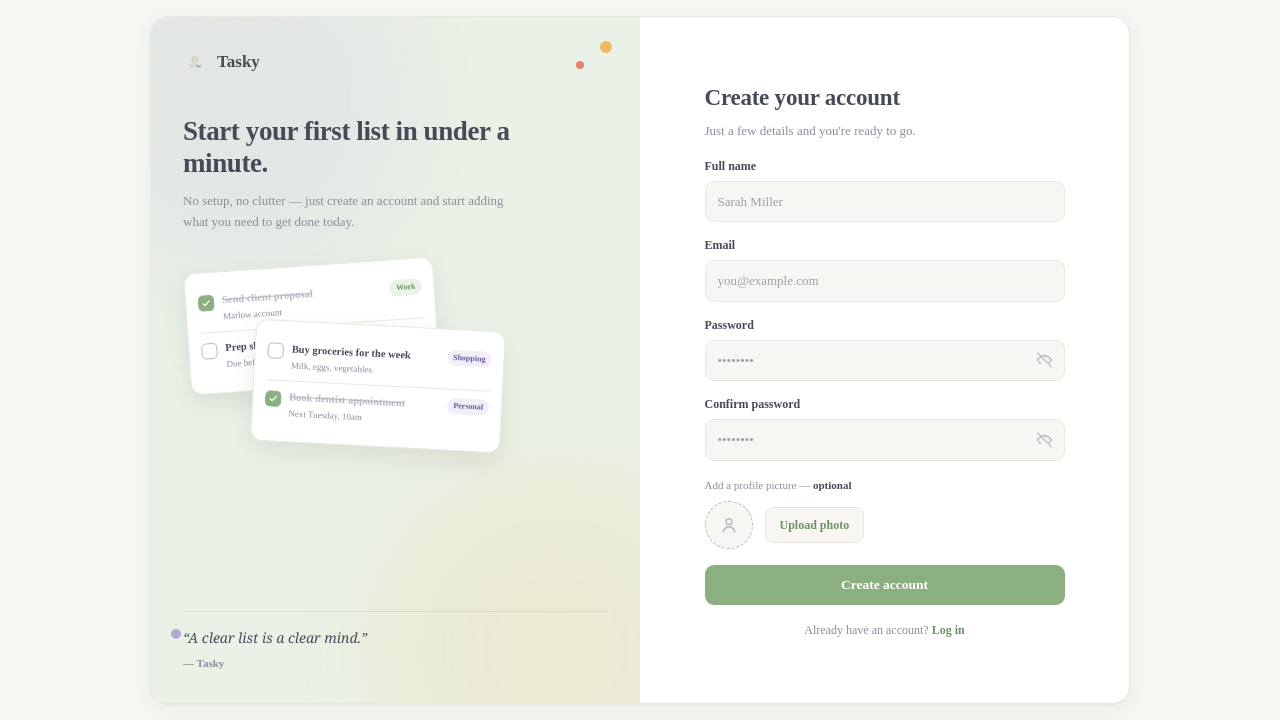
Repository: Anfel-bth/Tasky_
Page: /register (app in task-manager-frontend/)
These files come from the project's save history. The page is drawn as it stood at one moment and after a run of saves; the edit follows.
The browser window is 1280 px wide. The pictures show the whole page.
The project was rebuilt for these pictures with package versions that can differ from the ones it lists, and the page was loaded fresh each time. Also part of the build but not shown: task-manager-frontend/vite.config.js, task-manager-frontend/src/Components/login.jsx, task-manager-frontend/src/Components/Landing.jsx, task-manager-frontend/src/Components/dashboard.jsx.

Above is the page before, as saved 2026-09-02 12:08:42.

After the next 2 saves:
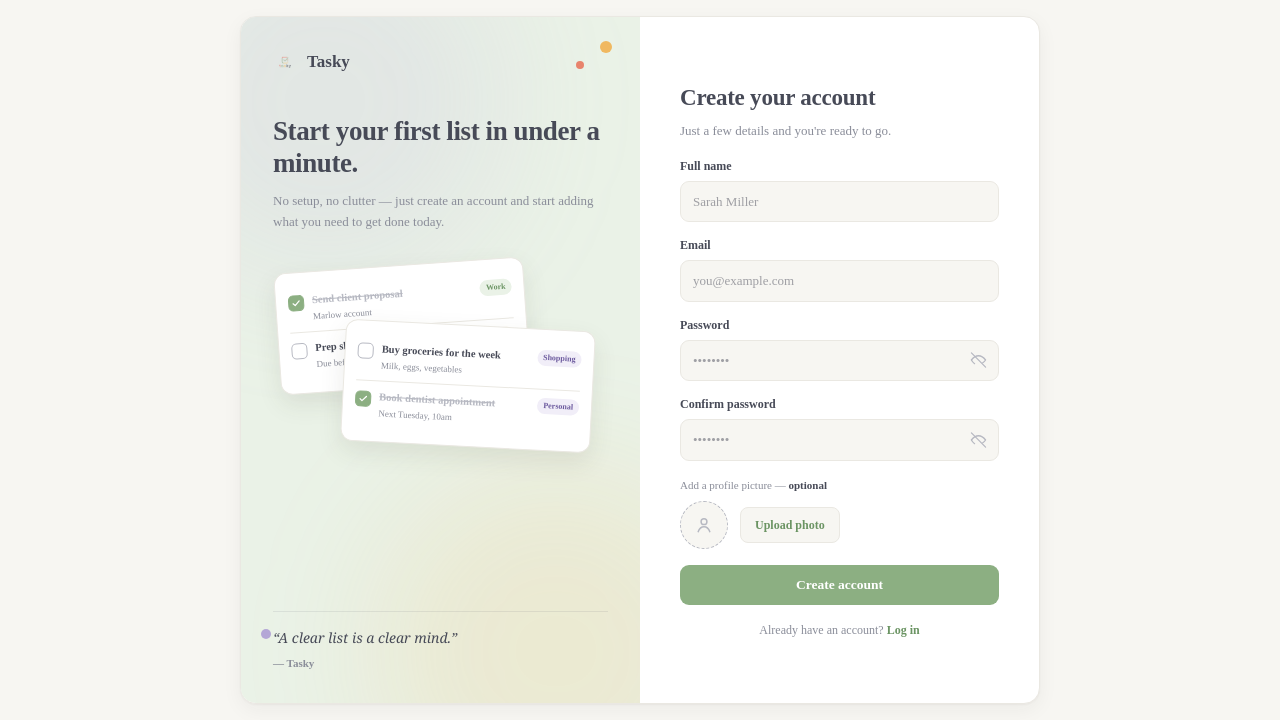
The 2 saves are shown as one change because they came seconds apart.
The last was saved 8 s later.
--- a/task-manager-frontend/src/Components/register.jsx
+++ b/task-manager-frontend/src/Components/register.jsx
@@ -61,7 +61,7 @@ const Register = () => {
       {/* =========================
           MAIN CONTAINER
       ========================= */}
-      <div className="mx-auto grid min-h-[calc(100vh-32px)] max-w-[980px] overflow-hidden rounded-[18px] border border-[#EAE8E2] bg-white shadow-[0_1px_2px_rgba(40,38,30,0.04),0_6px_20px_rgba(40,38,30,0.05)] lg:grid-cols-2">
+      <div className="mx-auto grid min-h-[calc(100vh-32px)] max-w-[800px] overflow-hidden rounded-[16px] border border-[#EAE8E2] bg-white shadow-[0_1px_2px_rgba(40,38,30,0.04),0_6px_20px_rgba(40,38,30,0.05)] lg:grid-cols-2">
         {/* =========================
             LEFT BRAND PANEL
         ========================= */}
@@ -152,7 +152,7 @@ const Register = () => {
         {/* =========================
             RIGHT FORM PANEL
         ========================= */}
-        <div className="flex items-center justify-center px-6 py-7 sm:px-10 lg:px-12">
+        <div className="flex items-center justify-center px-5 py-6 sm:px-8 lg:px-10">
           <div className="w-full max-w-[360px]">
             {/* Header */}
             <div>
